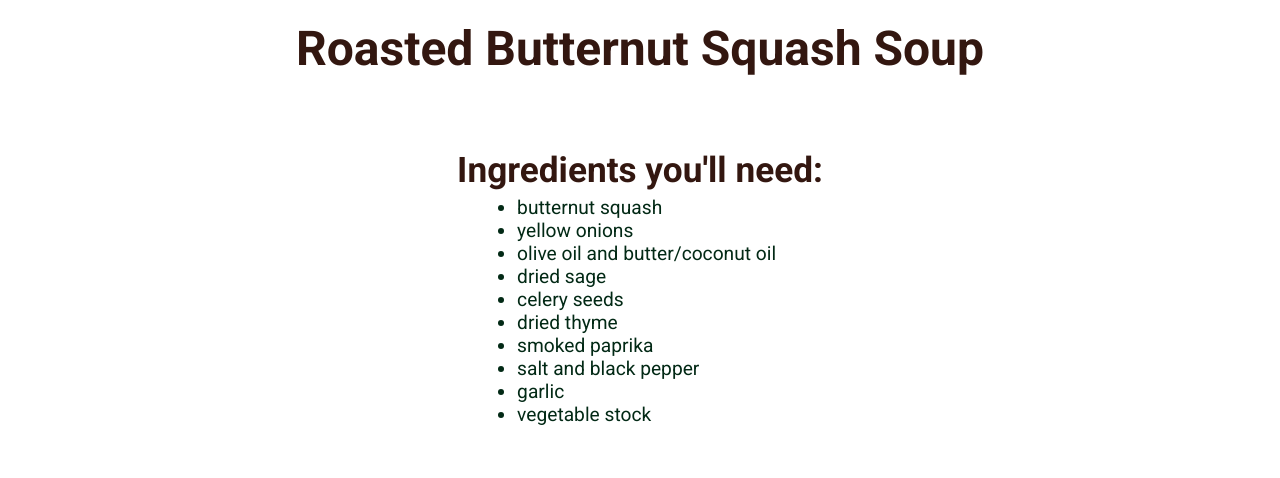
Repository: IDMX225/css-card-flip-LyssaMA
Page: src/index.html
An editor plug-in stored every save of this project. The page is shown before and after the next save, followed by the edit.
The browser window is 1280 px wide. The pictures show the part of the page from y = 0 to 478 px (the page is 928 px tall).
Pictures or frames that could not be fetched are drawn as grey boxes. The style sheet was rebuilt from its Sass, Less or Tailwind sources for each picture, by a compiler version that may differ from the author's.

Above is the page before, as saved 2024-11-12 22:31:43.
Not found: src/js/index.js

After the next save:
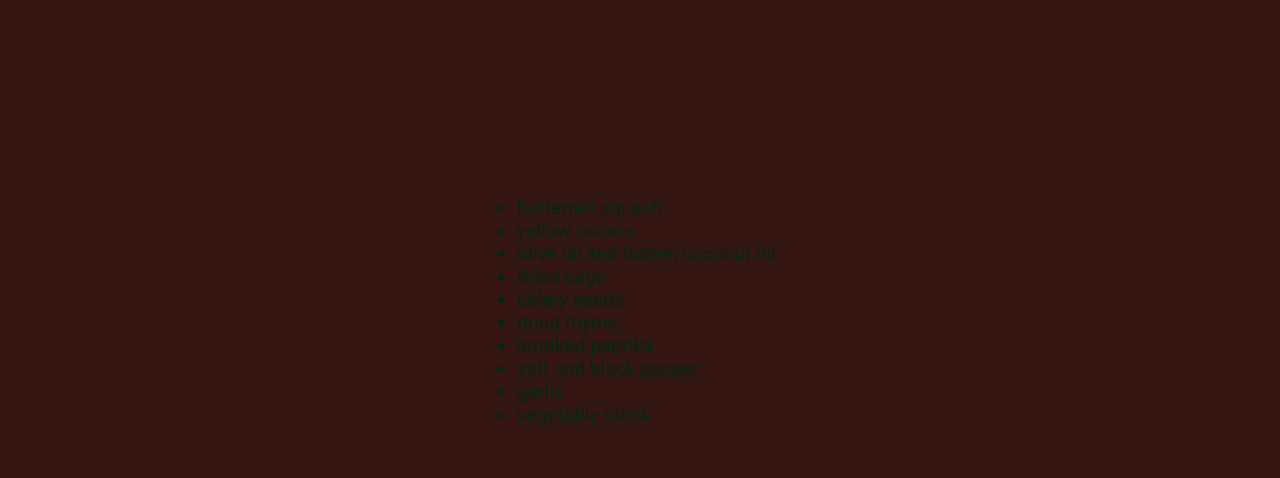
Saved 2 min 34 s later.
--- a/src/sass/main.scss
+++ b/src/sass/main.scss
@@ -23,6 +23,7 @@ body {
   display: grid;
   place-items: center;
   padding: 20px;
+  background-color: var(--clr-dark);;
 }
 
 /* Title Above the Card */
